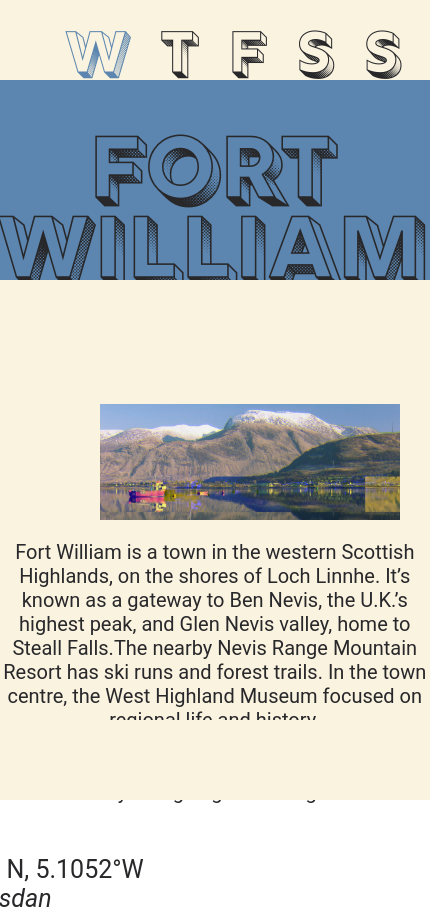
Repository: etak-yram/FINAL-CFG-WEB-DEV
Page: wednesday.html
The author's editor kept a copy of each file at every save. The page is drawn from the files as they stood at one save, then again after a run of saves.
The browser window is 375 px wide. The page is 430 px wide, so the pictures cover 430 px, including what lies to the right of the window. The pictures show the whole page.

Above is the page before, as saved 2022-07-27 12:42:25.

After the next 2 saves:
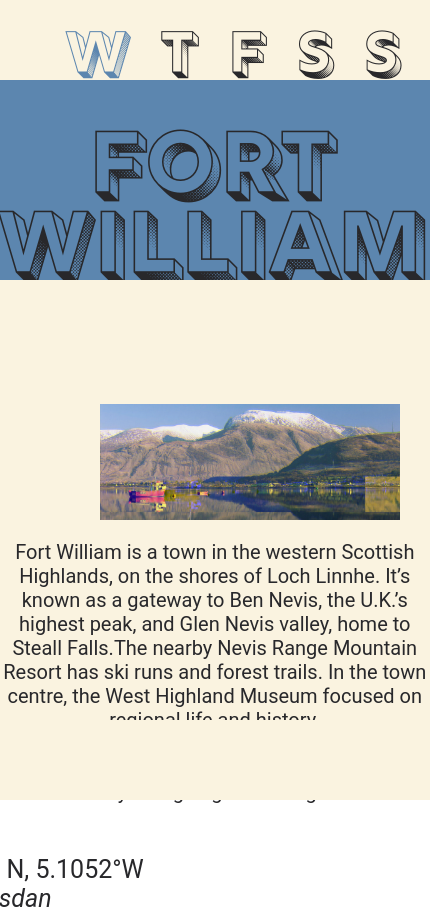
The 2 saves are shown as one change because they came seconds apart.
The last was saved 55 s later.
--- a/style-main.css
+++ b/style-main.css
@@ -225,7 +225,7 @@ aside {
   display: flex;
   justify-content: center;
   align-items: center;
-  padding-bottom: 30px;
+  padding-bottom: 40px;
   text-align: center;
 }
 
@@ -240,7 +240,7 @@ aside {
 
 .aside-text-h {
   transform: none;
-  transform-origin:none;
+  transform-origin: none;
 }
 
 
